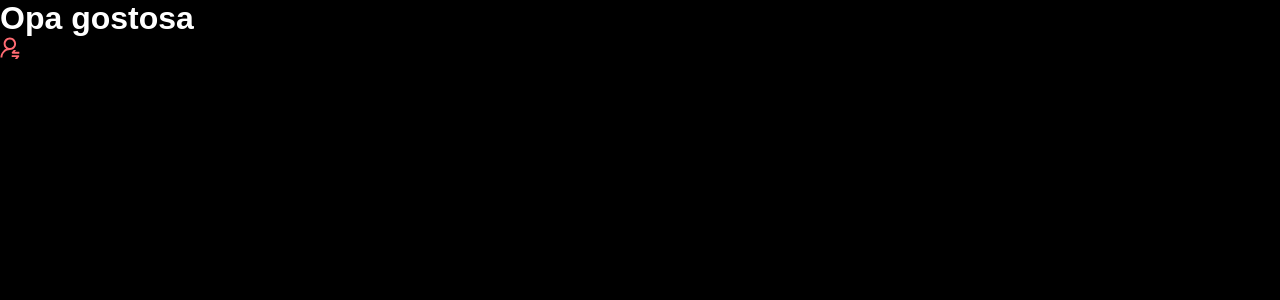
Repository: MatheusAlvesPereiraRosa/ds-meta
Page: / (app in frontend/)
These files come from the project's save history. The page is drawn as it stood at one moment and after the next save; the edit follows.
The browser window is 1280 px wide. The pictures show the whole page.
The project was rebuilt for these pictures with package versions that can differ from the ones it lists, and the page was loaded fresh each time. Also part of the build but not shown: frontend/vite.config.ts.

Above is the page before, as saved 2022-09-08 17:39:59.

After the next save:
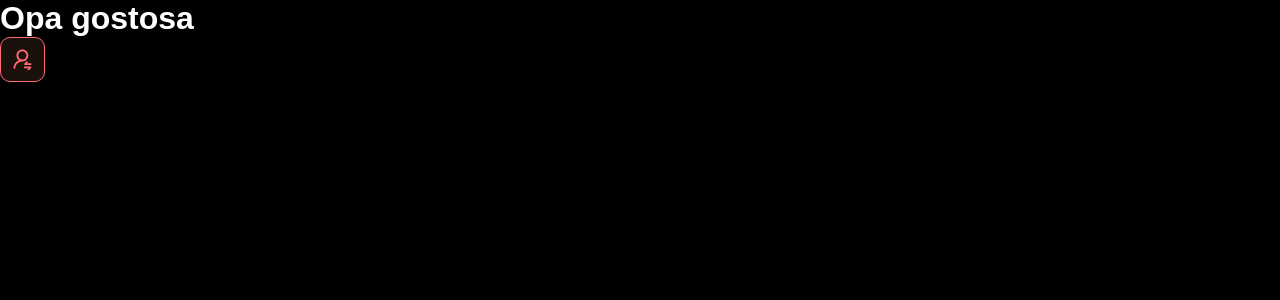
Saved 36 s later.
--- a/frontend/src/components/NotificationButton/index.tsx
+++ b/frontend/src/components/NotificationButton/index.tsx
@@ -1,4 +1,5 @@
 import icone from '../../assets/img/icone.svg'
+import './styles.css'
 
 function NotificationButton () {
     return (
